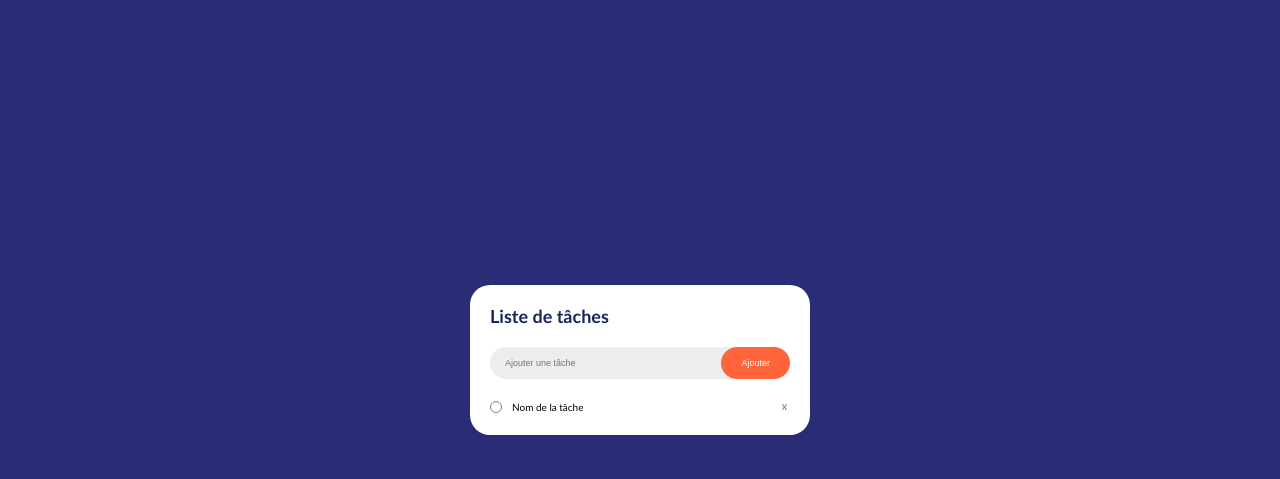
Repository: ndiemenguer/convertisseur
Page: / (app in todo-isep/)
The author's editor kept a copy of each file at every save. The page is drawn from the files as they stood at one save, then again after the next save.
The browser window is 1280 px wide. The pictures show the whole page.
The project was rebuilt for these pictures with package versions that can differ from the ones it lists, and the page was loaded fresh each time. Also part of the build but not shown: todo-isep/vite.config.js, todo-isep/src/Application.jsx, todo-isep/src/index.css.

Above is the page before, as saved 2023-05-06 12:44:21.

### todo-isep/src/main.jsx
import React from 'react'
import ReactDOM from 'react-dom/client'
import App from './App.jsx'
import ApplicationDev from './Application.jsx'
import './index.css'


ReactDOM.createRoot(document.getElementById('root')).render(
  <React.StrictMode>
    <App />
  </React.StrictMode>,
)

### todo-isep/src/App.jsx
import "./App.css";

function App() {
  return (
    <>
      <main className="container">
        <div className="title">Liste de tâches</div>
        <div className="input-box">
          <input
            type="text"
            className="input"
            placeholder="Ajouter une tâche"
          />
          <button className="button">Ajouter</button>
        </div>
        <div className="todo-list">
          <div className="todo-box">
            <div className="todo-checkbox-name">
              <div className="checkbox"></div>
              <div className="todo-name">Nom de la tâche</div>
            </div>
            <div>
              <div className="delete">X</div>
            </div>
          </div>
        </div>
      </main>
    </>
  );
}

export default App;

### todo-isep/src/App.css
body {
  background: #2a2c76;
  display: flex;
  height: 100vh;
  width: 100vw;
  margin: 0;
  justify-content: center;
  align-items: center;
  font-family: calibri;
}

.container {
  background: white;
  width: 300px;
  min-height: 100px;
  border-radius: 20px;
  display: flex;
  flex-direction: column;
  gap: 20px;
  padding: 20px;
}

.container .title {
  font-size: 18px;
  font-weight: 600;
  color: #17275c;
}

.input-box {
  position: relative;
}

.todo-list {
  display: flex;
  flex-direction: column;
  gap: 10px;
  justify-content: center;
}

.todo-box {
  display: flex;
  justify-content: space-between;
}

.input {
  width: 90%;
  height: 30px;
  border-radius: 20px;
  border: 0;
  outline: none;
  background-color: #ecedef;
  padding-left: 15px;
  font-size: 9px;
}

.button {
  position: absolute;
  right: 0;
  bottom: 0;
  height: 32px;
  border-radius: 20px;
  border: 0;
  color: white;
  font-size: 9px;
  background-color: #ff643b;
  padding-left: 20px;
  padding-right: 20px;
  cursor: pointer;
  transition: 0.25s ease-in-out;
}

.button:hover {
  opacity: 0.8;
  transition: 0.25s ease-in-out;
}

.delete {
  font-weight: bold;
  padding: 3px;
  font-size: 8px;
  color: gray;
  cursor: pointer;
  transition: 0.25s ease-in-out;
  border-radius: 20px;
}

.delete:hover {
  background: #ececec;
  opacity: 0.7;
  transition: 0.25s ease-in-out;
}

.todo-name {
  font-size: 10px;
}

.todo-checkbox-name {
  display: flex;
  gap: 10px;
  align-items: center;
}

.checkbox {
  width: 10px;
  height: 10px;
  border: 1px solid gray;
  border-radius: 100%;
}

Loaded but not shown: todo-isep/index.html (common file)

After the next save:
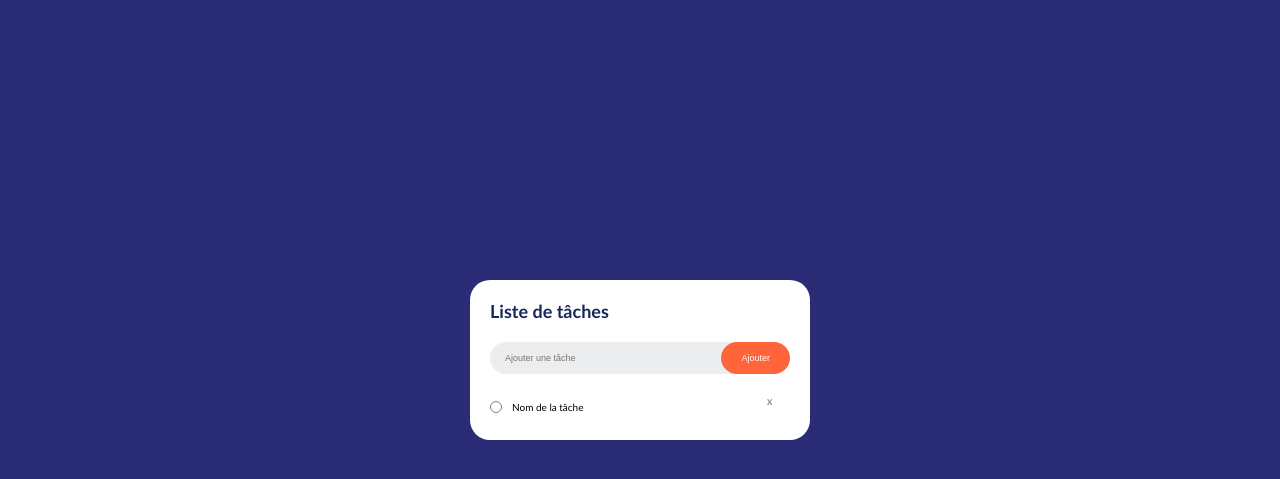
Saved 20 s later.
--- a/todo-isep/src/App.css
+++ b/todo-isep/src/App.css
@@ -78,6 +78,8 @@ body {
   font-weight: bold;
   padding: 3px;
   font-size: 8px;
+  height: 20px;
+  width: 20px;
   color: gray;
   cursor: pointer;
   transition: 0.25s ease-in-out;
